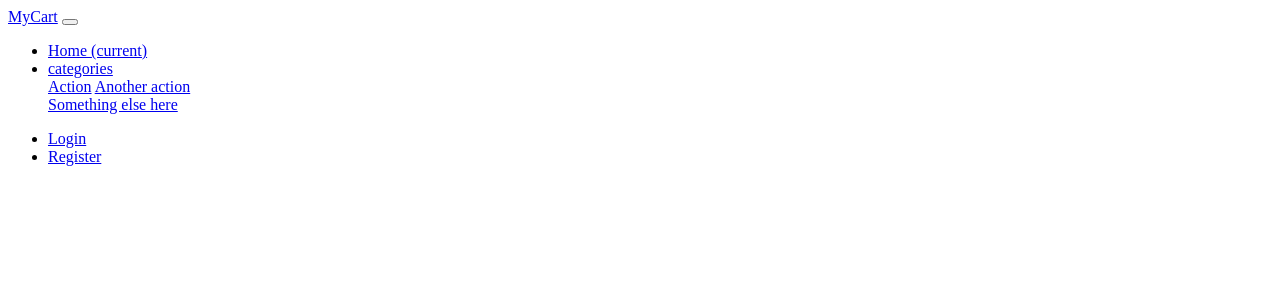
Repository: pandurangshinde190/project
Page: http://localhost/mycart/components/navbar.jsp
An editor plug-in stored every save of this project. The page is shown before and after the next save, followed by the edit.
The browser window is 1280 px wide. The pictures show the whole page.
The page is served by Tomcat 9.

Above is the page before, as saved 2022-05-05 08:11:01.

After the next save:
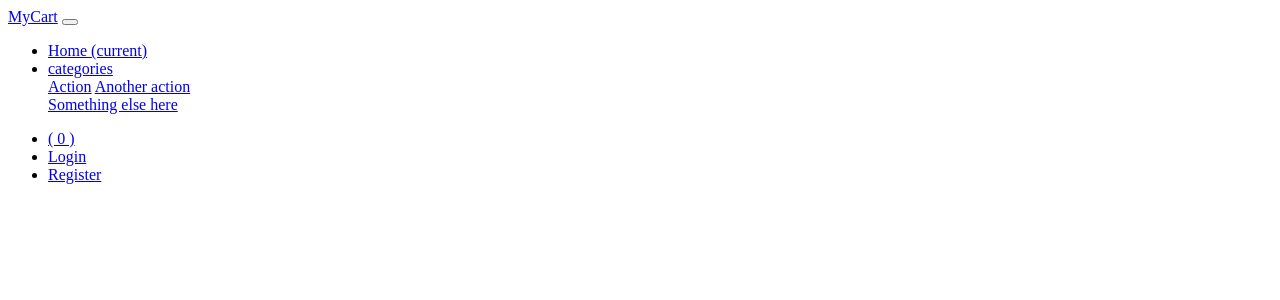
Saved 3 min 32 s later.
--- a/mycart/src/main/webapp/components/navbar.jsp
+++ b/mycart/src/main/webapp/components/navbar.jsp
@@ -34,6 +34,12 @@ User user1 = (User) session.getAttribute("current-user");
 					</div></li>
 			</ul>
 			<ul class="navbar-nav ml-auto">
+
+				<li class="nav-item active">
+                    <a class="nav-link" href="#!" data-toggle="modal" data-target="#cart">  <i class="fa fa-cart-plus"  style="font-size: 20px;"></i> <span class="ml-0 cart-items">( 0 )</span>  </a>
+                </li>
+
+
 				<!--Conditional Rendering  -->
 				<%
 				if (user1 == null) {
